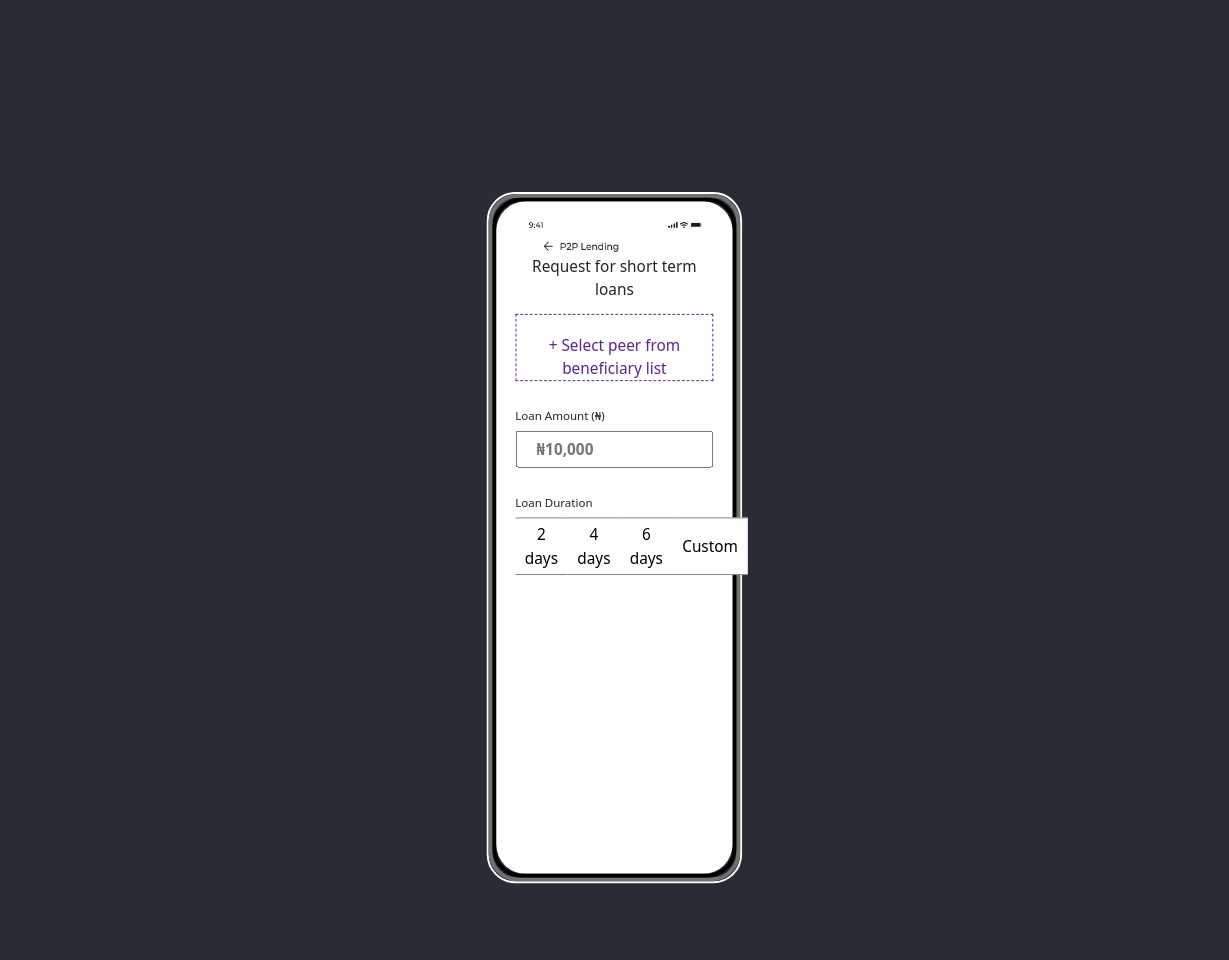
Repository: sarahnnanyelugo/fcmb-hackathon
Page: /loan-interface
An editor plug-in stored every save of this project. The page is shown before and after the next save, followed by the edit.
The browser window is 1280 px wide. The pictures show the whole page, at 96% of full size.
The project was rebuilt for these pictures with package versions that can differ from the ones it lists, and the page was loaded fresh each time. Also part of the build but not shown: src/Pages/Home.js.

Above is the page before, as saved 2023-10-28 21:44:33.

After the next save:
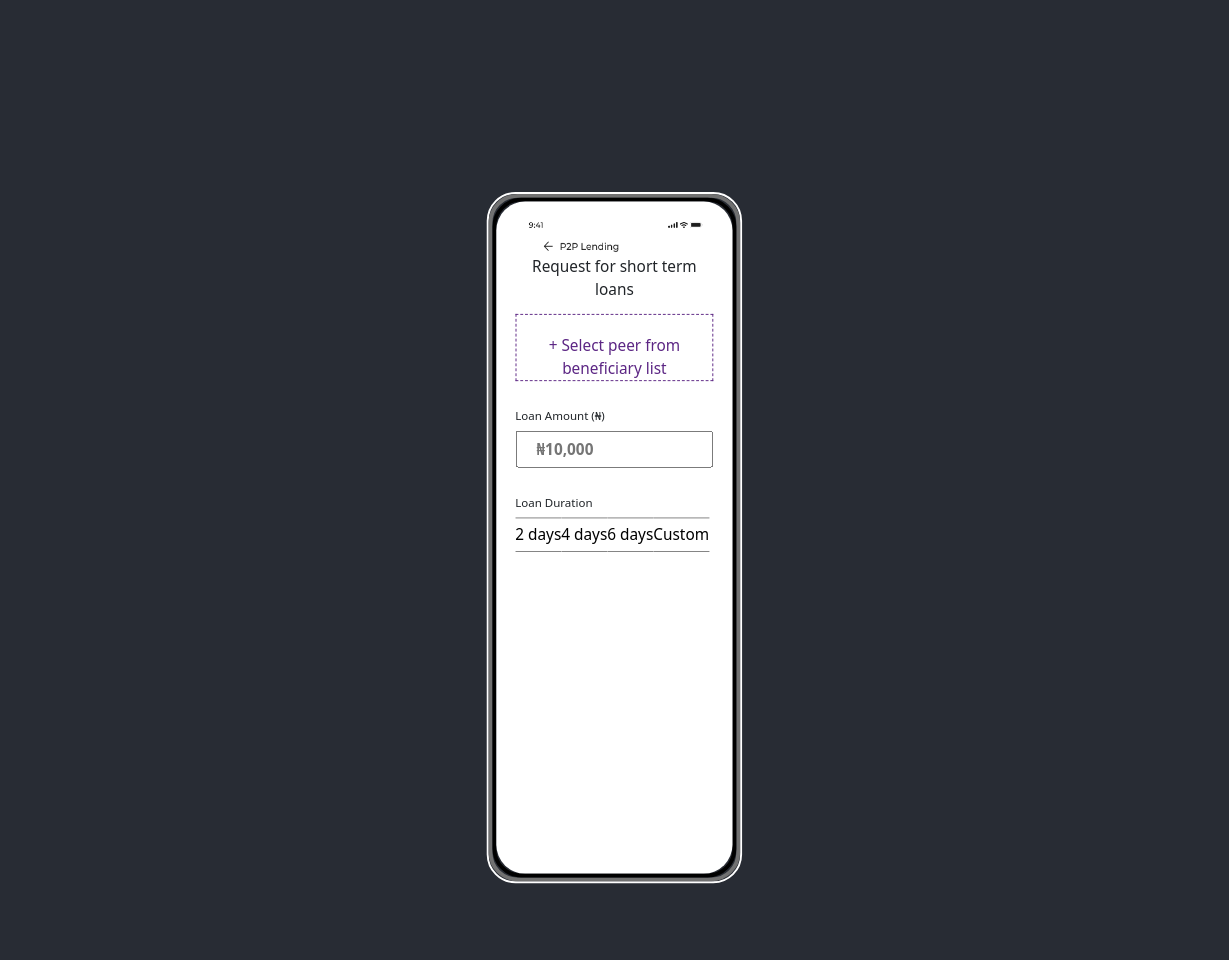
Saved 7 s later.
--- a/src/Pages/style.scss
+++ b/src/Pages/style.scss
@@ -118,7 +118,7 @@
 
   button {
     border: none;
-    padding: 5px 10px;
+    padding: 5px 0px;
     background: #fff;
     border-top: solid 1px grey;
     border-bottom: solid 1px grey;
